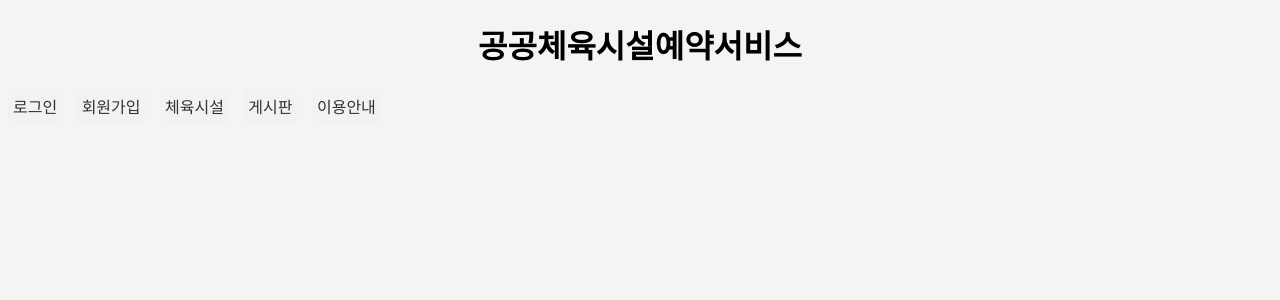
Repository: shinyunseok/portfolio1
Page: portfolio/src/main/resources/static/index.html
The author's editor kept a copy of each file at every save. The page is drawn from the files as they stood at one save, then again after the next save.
The browser window is 1280 px wide. The pictures show the whole page.

Above is the page before, as saved 2023-05-24 08:08:17.

### portfolio/src/main/resources/static/index.html
<!DOCTYPE html>
<html>
<head>
<meta charset="UTF-8">
<title>Index</title>
<style>
    body {
        font-family: Arial, sans-serif;
        background-color: #f4f4f4;
    }

    h1 {
        text-align: center;
    }

    a {
        display: inline-block;
        margin-right: 10px;
        text-decoration: none;
        color: #333;
        padding: 5px;
        border-radius: 3px;
        background-color: #f2f2f2;
    }

    a:hover {
        background-color: #ddd;
    }
</style>
</head>
<body>
    <h1>공공체육시설예약서비스</h1>
    <a href="login.do">로그인</a>
    <a href="insertUser.do">회원가입</a>
    <a href="#">체육시설</a>
    <a href="#">게시판</a>
    <a href="">이용안내</a>
</body>
</html>

After the next save:
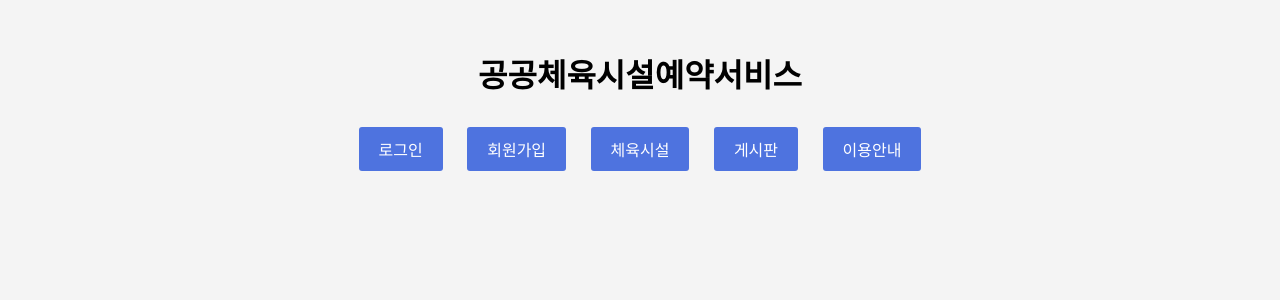
Saved 72 s later.
--- a/portfolio/src/main/resources/static/index.html
+++ b/portfolio/src/main/resources/static/index.html
@@ -11,29 +11,38 @@
 
     h1 {
         text-align: center;
+        margin-top: 50px;
     }
 
-    a {
-        display: inline-block;
-        margin-right: 10px;
-        text-decoration: none;
-        color: #333;
-        padding: 5px;
-        border-radius: 3px;
-        background-color: #f2f2f2;
+    .navigation {
+        margin-top: 20px;
+        text-align: center;
     }
 
-    a:hover {
-        background-color: #ddd;
+    .navigation a {
+        display: inline-block;
+        margin: 10px;
+        padding: 10px 20px;
+        text-decoration: none;
+        color: #fff;
+        background-color: #4e73df;
+        border-radius: 3px;
+        transition: background-color 0.3s;
+    }
+
+    .navigation a:hover {
+        background-color: #3756a4;
     }
 </style>
 </head>
 <body>
     <h1>공공체육시설예약서비스</h1>
-    <a href="login.do">로그인</a>
-    <a href="insertUser.do">회원가입</a>
-    <a href="#">체육시설</a>
-    <a href="#">게시판</a>
-    <a href="">이용안내</a>
+    <div class="navigation">
+        <a href="login.do">로그인</a>
+        <a href="insertUser.do">회원가입</a>
+        <a href="#">체육시설</a>
+        <a href="#">게시판</a>
+        <a href="">이용안내</a>
+    </div>
 </body>
 </html>
